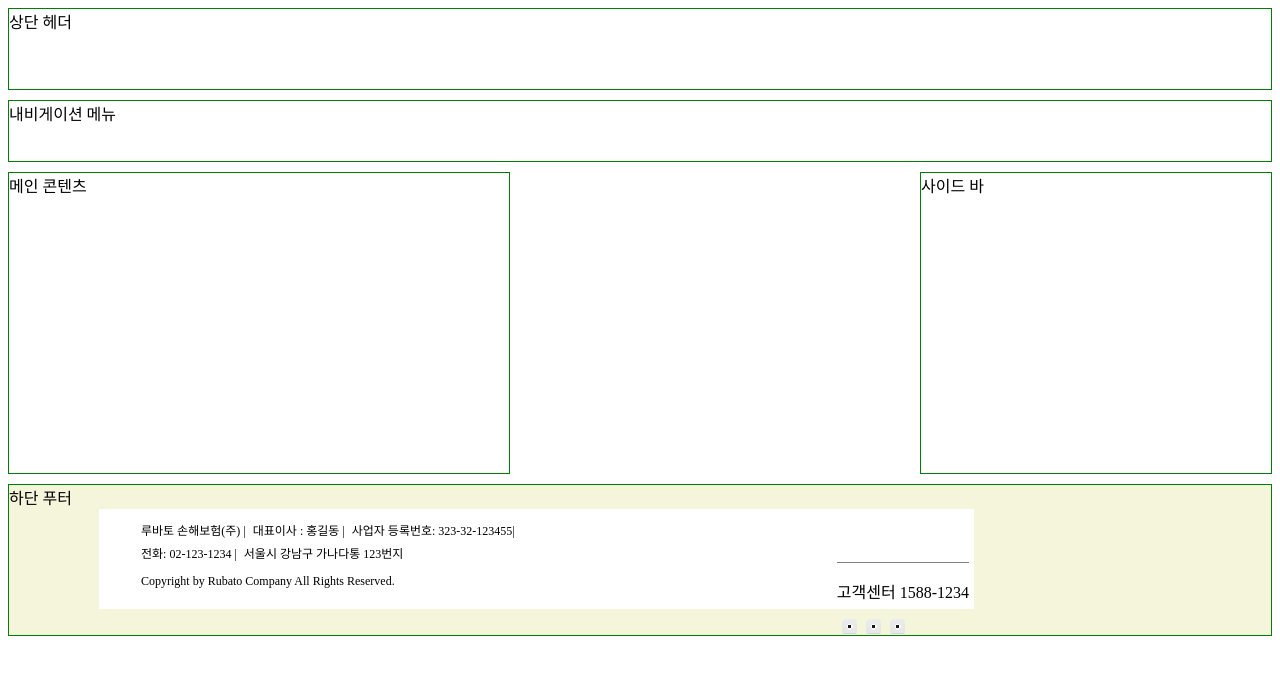
Repository: woosungtae/html_css
Page: pro01/public/a3.html
An editor plug-in stored every save of this project. The page is shown before and after the next save, followed by the edit.
The browser window is 1280 px wide. The pictures show the whole page.

Above is the page before, as saved 2022-12-14 05:38:40.

After the next save:
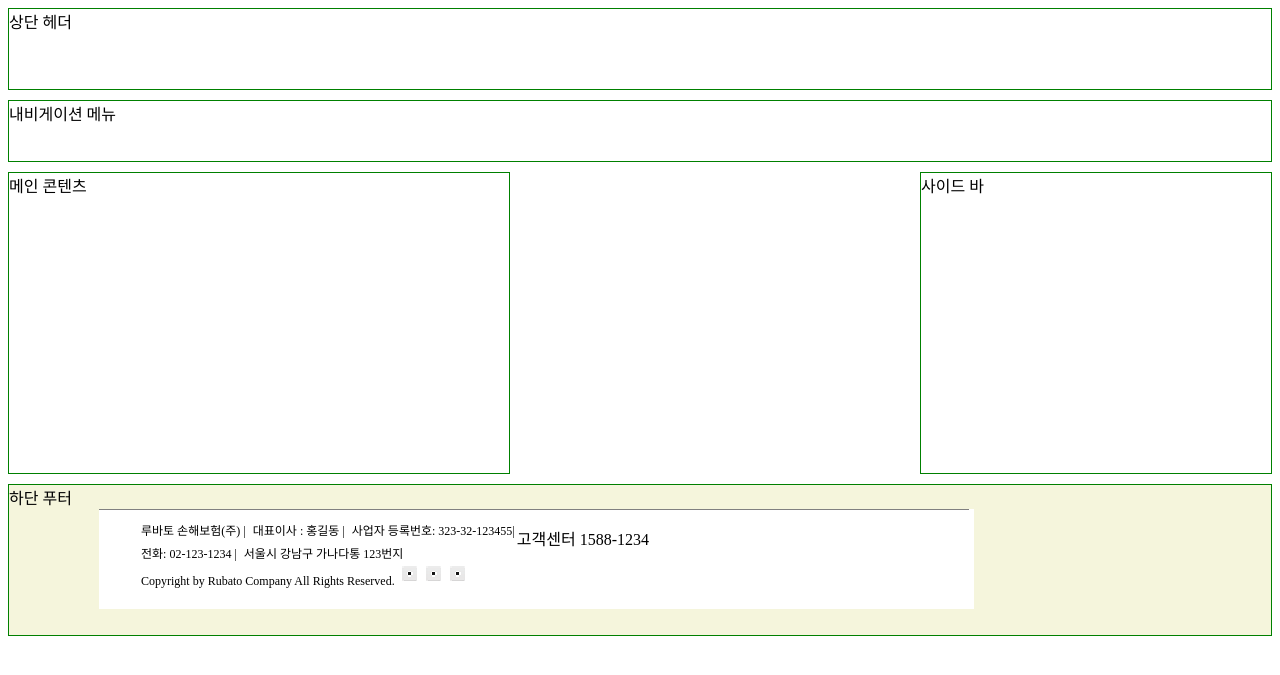
Saved 18 s later.
--- a/pro01/public/a3.html
+++ b/pro01/public/a3.html
@@ -23,11 +23,10 @@
      padding: 2px;
         }
     #customer {
-      float: right;
+      float: top;
       border-top: 1px solid gray;
       margin-right: 5px;
-      }
-
+        }
      nav {
       border : 1px solid green;
       height: 60px;
